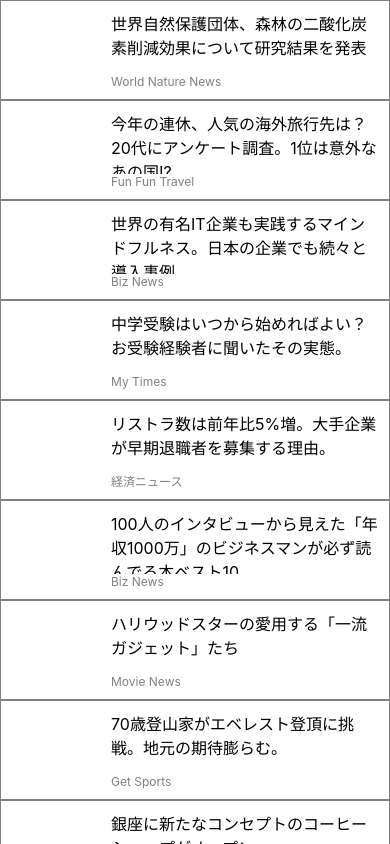
Repository: kawamoto0429/udemy_news
Screen: /
The author's editor kept a copy of each file at every save. The screen is drawn from the files as they stood at one save, then again after the next save.
An inner scrolling area shows only its first screen. The app was drawn by React Native's web renderer in a window 390 px wide. The project was rebuilt for these pictures with package versions that can differ from the ones it lists, and the page was loaded fresh each time.

Above is the screen before, as saved 2022-03-02 22:12:36.

### App.js
import React from 'react';
import { StyleSheet, View, FlatList, SafeAreaView } from 'react-native';
import ListItem from "./components/ListItem";
import articles from "./dummies/articles";

export default function App() {

  const styles = StyleSheet.create({
    container: {
      flex: 1,
      backgroundColor: '#fff',
      justifyContent: 'center',
    },
    itemContainer: {
      height: 100,
      width: "100%",
      borderColor: 'gray',
      borderWidth: 1,
      flexDirection: "row"
    },
    leftContainer: {
      width: 100,
    },
    rightContainer: {
      flex: 1,
      padding: 10,
      justifyContent: "space-between",
    },
    stretch: {
      width: 100,
      height: 100,
    },
    text: {
      fontSize: 16,
    },
    subText: {
      fontSize: 12,
      color: 'gray',
    }
  });

  const items = articles.map((article, index) => {return(
    <ListItem
      id = {index}
      imageUrl={article.urlToImage}
      title={article.title}
      author={article.author}
    />
  )})

  return (
    <SafeAreaView style={styles.container}>
      <FlatList
        data={articles}
        renderItem = {({ item }) => (
          <ListItem
            title={item.title}
            author={item.author}
          />
        )}
        keyExtractor={(item,index)=>index.toString()}
      />
    </SafeAreaView>
  );
}

### components/ListItem.js
import React from 'react';
import { StyleSheet, Text, View, Image } from 'react-native';


export default function ListItem({author, imageUrl, title}) {
  const styles = StyleSheet.create({
    itemContainer: {
      height: 100,
      width: "100%",
      borderColor: 'gray',
      borderWidth: 1,
      flexDirection: "row"
    },
    leftContainer: {
      width: 100,
    },
    rightContainer: {
      flex: 1,
      padding: 10,
      justifyContent: "space-between",
    },
    stretch: {
      width: 100,
      height: 100,
    },
    text: {
      fontSize: 16,
    },
    subText: {
      fontSize: 12,
      color: 'gray',
    }
  });

  return (
    <View style={styles.itemContainer}>
        <View style={styles.leftContainer}>
        <Image
          style={styles.stretch}
          source={{uri: {imageUrl} }}
        />
        </View>
        <View style={styles.rightContainer}>
          <Text numberOfLines={3} style={styles.text}>
            {title}
          </Text>
          <Text style={styles.subText}>
            {author}
          </Text>
        </View>
      </View>
  )
}

Loaded but not shown: dummies/articles.json (common file)

After the next save:
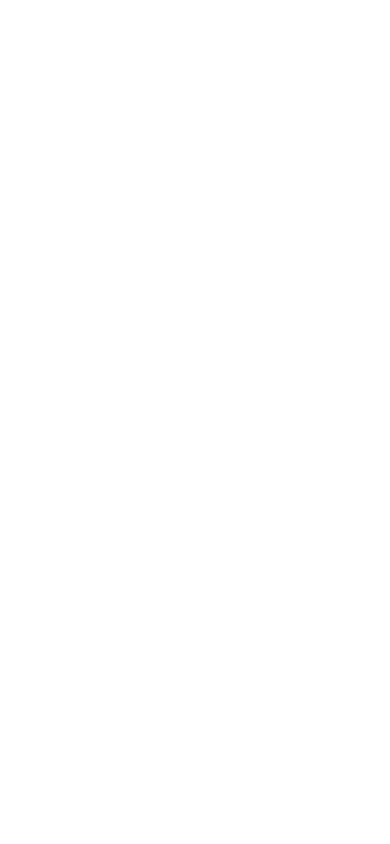
Saved 4 min 34 s later.
--- a/App.js
+++ b/App.js
@@ -1,10 +1,9 @@
-import React from 'react';
+import React, {useState} from 'react';
 import { StyleSheet, View, FlatList, SafeAreaView } from 'react-native';
 import ListItem from "./components/ListItem";
-import articles from "./dummies/articles";
+import dummyArticles from "./dummies/articles";
 
 export default function App() {
-
   const styles = StyleSheet.create({
     container: {
       flex: 1,
@@ -39,7 +38,9 @@
     }
   });
 
-  const items = articles.map((article, index) => {return(
+  const [articles, setArticles] = useState([])
+
+  const items = dummyArticles.map((article, index) => {return(
     <ListItem
       id = {index}
       imageUrl={article.urlToImage}

After the save that followed:
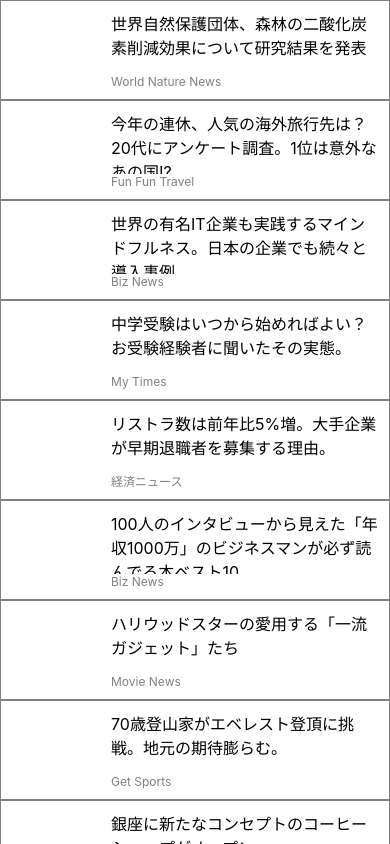
Saved 45 s later.
--- a/App.js
+++ b/App.js
@@ -40,19 +40,10 @@
 
   const [articles, setArticles] = useState([])
 
-  const items = dummyArticles.map((article, index) => {return(
-    <ListItem
-      id = {index}
-      imageUrl={article.urlToImage}
-      title={article.title}
-      author={article.author}
-    />
-  )})
-
   return (
     <SafeAreaView style={styles.container}>
       <FlatList
-        data={articles}
+        data={dummyArticles}
         renderItem = {({ item }) => (
           <ListItem
             title={item.title}
